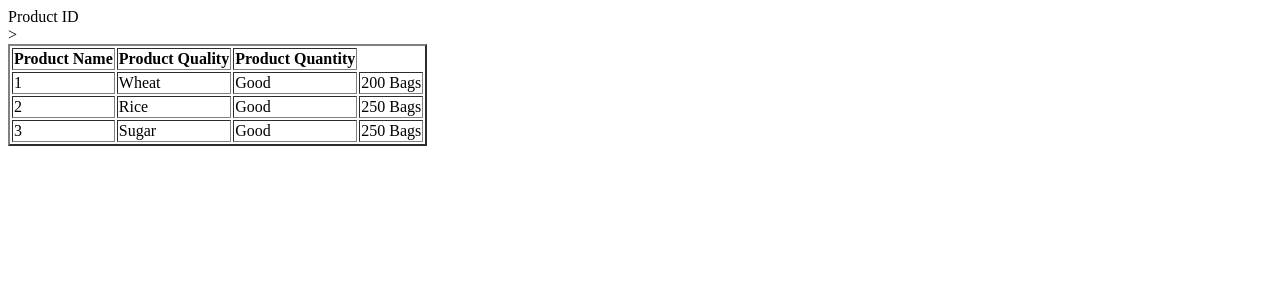
Repository: pranavi481/Assignments
Page: Tables.html
The author's editor kept a record of every edit. The page is drawn from the files as they stood at one moment, then again after the next edit.
The browser window is 1280 px wide. The pictures show the whole page.

Above is the page before.

After the next edit:
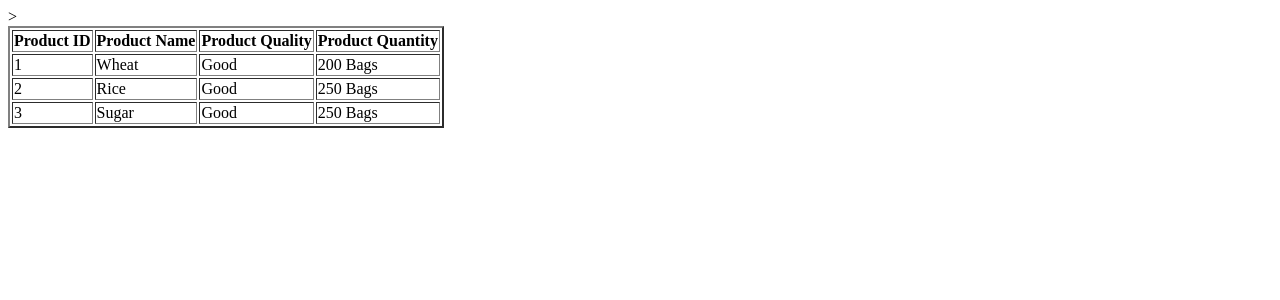
The edit:
--- a/Tables.html
+++ b/Tables.html
@@ -7,7 +7,6 @@
     <body>
         <table border= "2">
             <tr>
-                <div style ="color blue"
                 <th>Product ID</th>
                 <th>Product Name</th>
                 <th>Product Quality</th>
